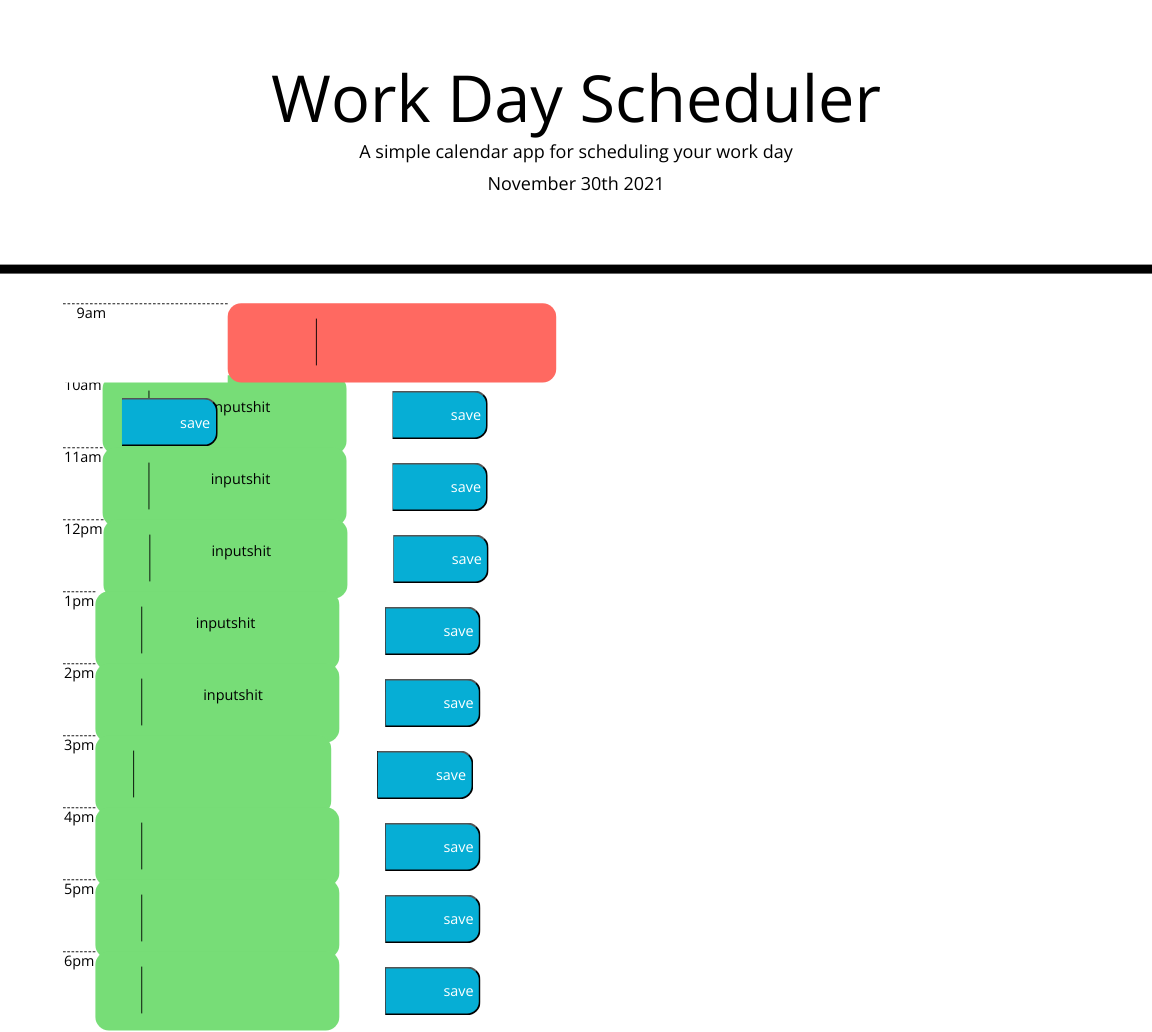
Repository: Naomilounsbury/work-day-scheduler
Page: index.html
These files come from the project's save history. The page is drawn as it stood at one moment and after the next save; the edit follows.
The browser window is 1280 px wide. The pictures show the whole page, at 90% of full size.
Some web libraries are served in a nearby version.

Above is the page before, as saved 2021-12-04 08:24:04.

After the next save:
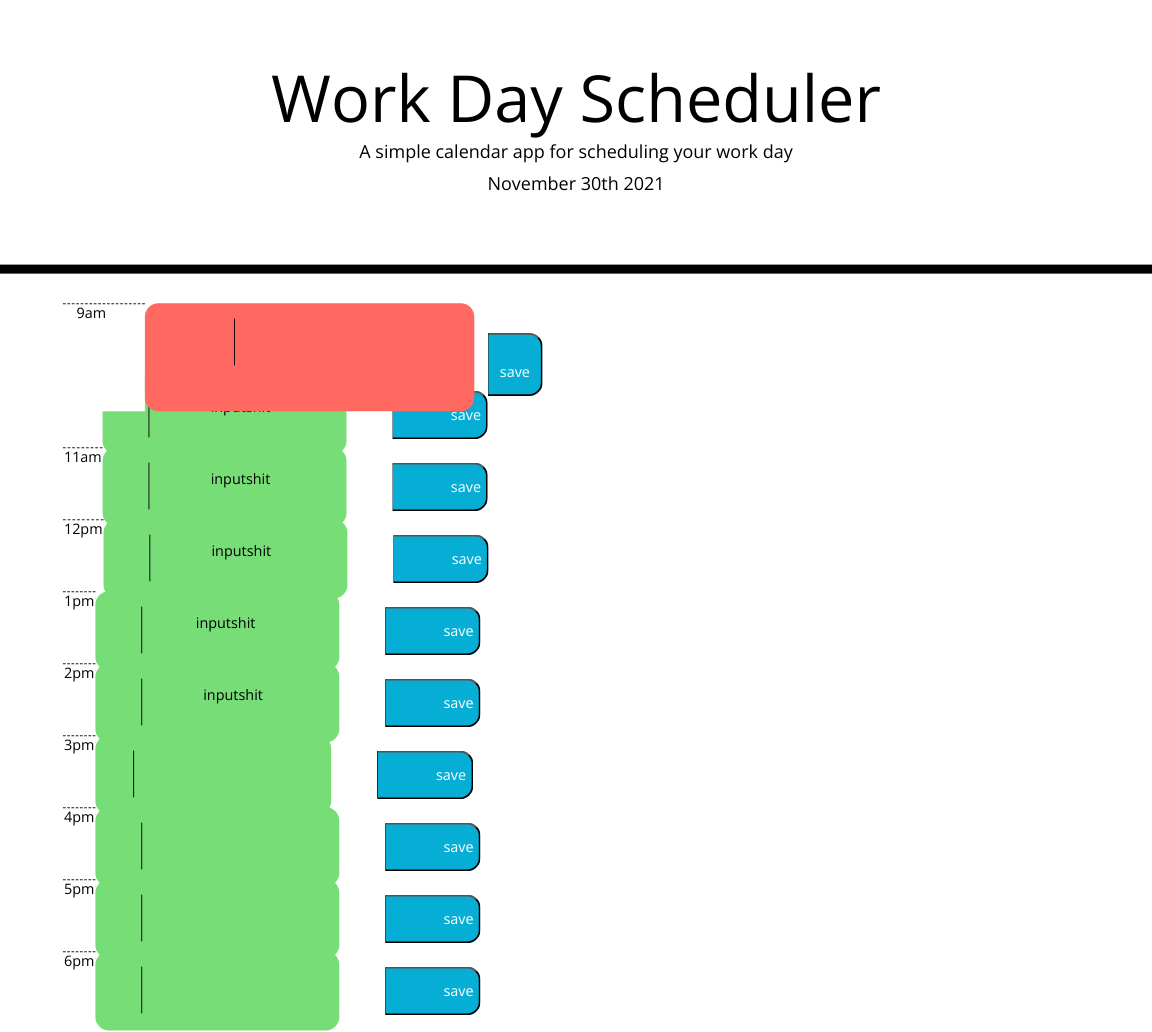
Saved 20 s later.
--- a/index.html
+++ b/index.html
@@ -32,13 +32,13 @@
       <!-- Timeblocks go here -->
       <table>
         <tr class="row">
-          <td class="hour col-4">9am</td>
+          <td class="hour col-2">9am</td>
           <td class="time-block col-8" id="9">
             <textarea id="btn9" type="text">
 
           </textarea>
           </td>
-          <td class="col-8">
+          <td class="col-2">
             <button class = "saveBtn" value="9" onclick=onSave(event)>
               save
             </button>
